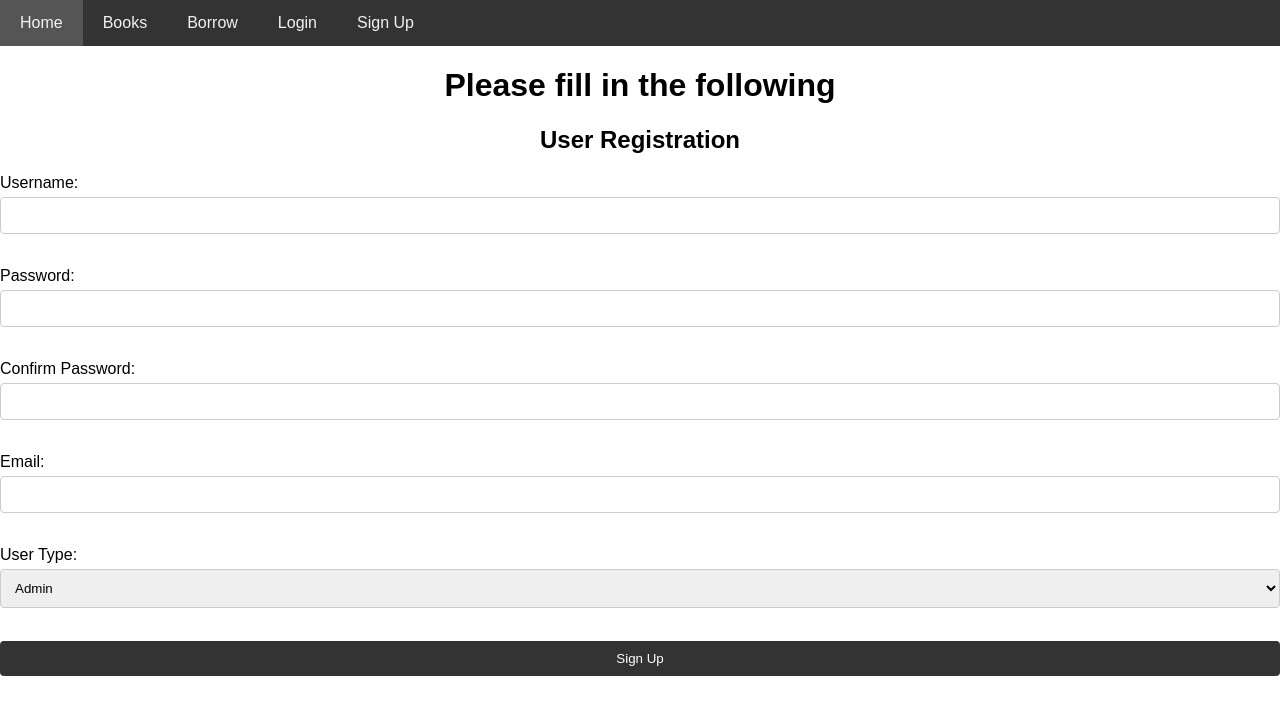
Repository: fadyesk12/Web-Technology-Course-Project
Page: auth/signup.html
The author's editor kept a copy of each file at every save. The page is drawn from the files as they stood at one save, then again after the next save.
The browser window is 1280 px wide. The pictures show the whole page.
The pointer rests on the first visible `#navbar a`.

Above is the page before, as saved 2024-04-19 02:13:37.

### auth/signup.html
<!DOCTYPE html>
<html>
<head>
  <title>User Registration</title>
  <link rel="stylesheet" href="../Styling/signup.css">
</head>
<body>


  <div id="navbar">
    <a href="../index.html">Home</a>
    <a href="../book_list.html">Books</a>
    <a href="../borrow.html">Borrow</a>
    <a href="../auth/login.html">Login</a>
    <a href="../auth/signup.html">Sign Up</a>
  </div>

    <h1>Please fill in the following</h1>
    <h2>User Registration</h2>

    <form>
        <label for="username">Username:</label>
        <input type="text" id="username" name="username" required><br><br>

        <label for="password">Password:</label>
        <input type="password" id="password" name="password" required><br><br>

        <label for="confirmPassword">Confirm Password:</label>
        <input type="password" id="confirmPassword" name="confirmPassword" required><br><br>

        <label for="email">Email:</label>
        <input type="email" id="email" name="email" required><br><br>

        <label for="usertype">User Type:</label>
        <select id="usertype" name="usertype" required>
            <option value="admin">Admin</option>
            <option value="user">User</option>
        </select><br><br>

        <input type="submit" value="Sign Up">
    </form>
</body>
</html>

### Styling/signup.css
#navbar {
    overflow: hidden;
    background-color: #333;
  }

  #navbar a {
    float: left;
    display: block;
    color: #f2f2f2;
    text-align: center;
    padding: 14px 20px;
    text-decoration: none;
  }

  #navbar a:hover {
    background-color: #555;
  }

  body {
    font-family: Arial, sans-serif;
    margin: 0;
    padding: 0;
  }

  .container {
    max-width: 600px;
    margin: 50px auto;
    padding: 20px;
    border: 1px solid #ddd;
    border-radius: 5px;
    background-color: #f9f9f9;
  }

  h1, h2 {
    text-align: center;
  }

  form {
    margin-top: 20px;
  }

  label {
    display: block;
    margin-bottom: 5px;
  }

  input[type="text"],
  input[type="password"],
  input[type="email"],
  select {
    width: 100%;
    padding: 10px;
    margin-bottom: 15px;
    border: 1px solid #ccc;
    border-radius: 4px;
    box-sizing: border-box;
  }

  input[type="submit"] {
    width: 100%;
    background-color: #333;
    color: #fff;
    padding: 10px;
    border: none;
    border-radius: 4px;
    cursor: pointer;
  }

  input[type="submit"]:hover {
    background-color: #555;
  }

After the next save:
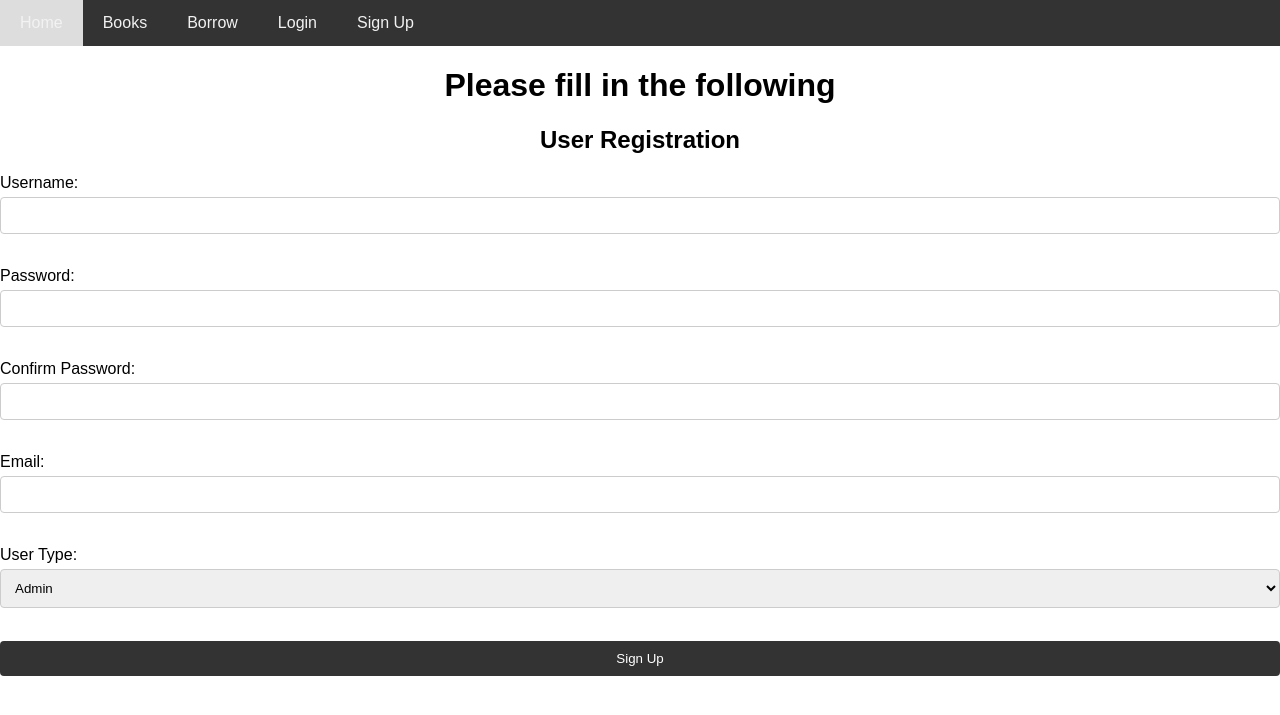
Saved 107 s later.
--- a/Styling/signup.css
+++ b/Styling/signup.css
@@ -13,7 +13,7 @@
   }
 
   #navbar a:hover {
-    background-color: #555;
+    background-color: #ddd;
   }
 
   body {
